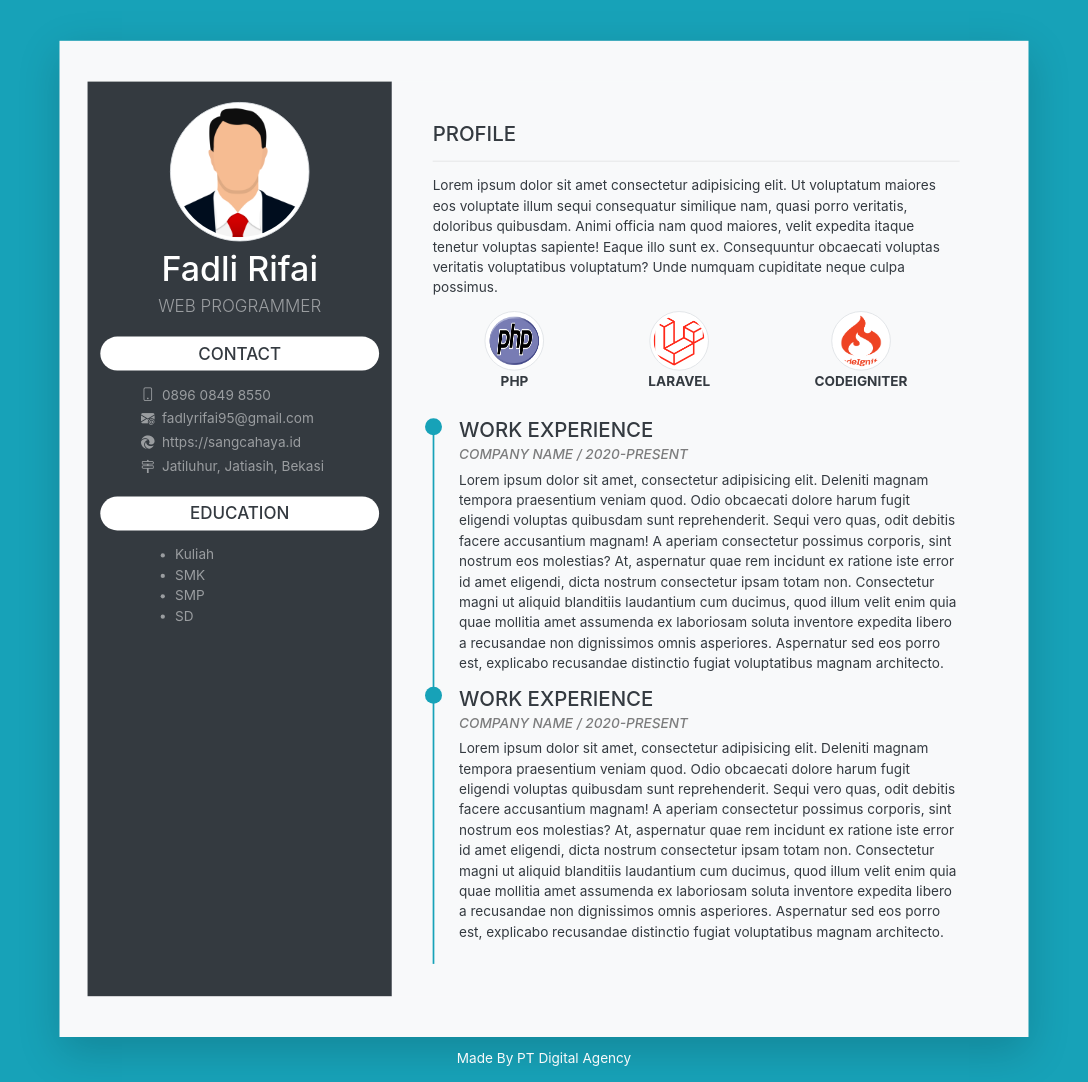
Repository: fadlyyy/fadlyyy.github.io
Page: index.html
The author's editor kept a copy of each file at every save. The page is drawn from the files as they stood at one save, then again after the next save.
The browser window is 1280 px wide. The pictures show the whole page, at 85% of full size.

Above is the page before, as saved 2024-01-31 09:09:37.

### index.html
<!DOCTYPE html>
<html lang="en">

<head>
     <!-- Required meta tags -->
     <meta charset="utf-8" />
     <meta name="viewport" content="width=device-width, initial-scale=1, shrink-to-fit=no" />

     <!-- Bootstrap CSS -->
     <link rel="stylesheet" href="https://cdn.jsdelivr.net/npm/bootstrap@4.6.2/dist/css/bootstrap.min.css"
          integrity="sha384-xOolHFLEh07PJGoPkLv1IbcEPTNtaed2xpHsD9ESMhqIYd0nLMwNLD69Npy4HI+N" crossorigin="anonymous" />

     <!-- Icon -->
     <link rel="stylesheet" href="https://cdn.jsdelivr.net/npm/bootstrap-icons@1.11.3/font/bootstrap-icons.min.css" />

     <link rel="stylesheet" href="style.css" />

     <title>Hello, world!</title>
</head>

<body class="bg-info">
     <div class="container p-5 bg-light mt-5 mb-5 shadow shadow-lg">
          <div class="row">
               <div class="col-lg-4 bg-dark text-white text-center py-4">
                    <div class="header-left">
                         <div class="kotak-image"></div>
                         <img src="img/profile.png" alt="" class="img-thumbnail rounded-circle mb-2 w-50 h-50" />
                         <h1 class="display-5">Fadli Rifai</h1>
                         <h4 class="lead text-uppercase text-white-50 mb-4">Web Programmer</h4>
                    </div>

                    <!-- general info -->
                    <div class="general-info">
                         <h5 class="text-uppercase bg-white text-dark py-2 rounded-pill">contact</h5>

                         <ul class="list-unstyled text-white-50 py-2 text-left ml-5">
                              <li class="list-item mb-1">
                                   <p>
                                        <i class="bi bi-phone mr-1"></i> 0896 0849 8550
                                   </p>
                              </li>
                              <li class="list-item mb-1 text-wrap w-75">
                                   <p>
                                        <i class="bi bi-envelope-at-fill mr-1"></i> fadlyrifai95@gmail.com
                                   </p>
                              </li>
                              <li class="list-item mb-1">
                                   <p>
                                        <i class="bi bi-browser-edge mr-1"></i> https://sangcahaya.id
                                   </p>
                              </li>
                              <li class="list-item">
                                   <i class="bi bi-signpost-2 mr-1"></i>
                                   Jatiluhur, Jatiasih, Bekasi
                              </li>
                         </ul>
                    </div>

                    <!-- educations -->
                    <div>
                         <h5 class="text-uppercase bg-white text-dark py-2 rounded-pill">education</h5>
                         <ul class="list text-white-50 ml-5 py-2 text-left text-capitalize">
                              <li class="list-item">Kuliah</li>
                              <li class="list-item">SMK</li>
                              <li class="list-item">SMP</li>
                              <li class="list-item">SD</li>
                         </ul>
                    </div>
               </div>

               <div class="col-lg-8 bg-light text-dark py-5 px-5 right-side">
                    <div class="header-right">
                         <h4 class="text-uppercase">Profile</h4>
                         <hr />
                         <p>
                              Lorem ipsum dolor sit amet consectetur adipisicing elit. Ut voluptatum maiores eos
                              voluptate illum sequi consequatur similique nam, quasi porro veritatis, doloribus
                              quibusdam. Animi officia nam quod maiores, velit expedita
                              itaque tenetur voluptas sapiente! Eaque illo sunt ex. Consequuntur obcaecati voluptas
                              veritatis voluptatibus voluptatum? Unde numquam cupiditate neque culpa possimus.
                         </p>
                    </div>

                    <div class="skills mb-3 mt-3 d-flex flex-wrap justify-content-around">
                         <div class="list-skills text-center">
                              <img src="img/skills/php.png" alt="PHP" class="img-responsive img-fluid img-thumbnail rounded-circle">
                              <p class="text-uppercase">PHP</p>
                         </div>
                         <div class="list-skills text-center">
                              <img src="img/skills/laravel.png" alt="laravel" class="img-responsive img-fluid img-thumbnail rounded-circle">
                              <p class="text-uppercase">laravel</p>
                         </div>
                         <div class="list-skills text-center">
                              <img src="img/skills/codeigniter.png" alt="codeigniter" class="img-responsive img-fluid img-thumbnail rounded-circle">
                              <p class="text-uppercase">codeigniter</p>
                         </div>
                    </div>

                    <div class="work-experience">
                         <div class="list-work pb-3 pl-3">
                              <h4 class="text-uppercase">work experience</h4>
                              <h6 class="text-uppercase text-black-50 font-italic mt-1 mb-2">company name / 2020-present</h6>
                              <p>Lorem ipsum dolor sit amet, consectetur adipisicing elit. Deleniti magnam tempora
                                   praesentium veniam quod. Odio obcaecati dolore harum fugit eligendi voluptas
                                   quibusdam sunt reprehenderit. Sequi vero quas, odit debitis facere accusantium
                                   magnam! A aperiam consectetur possimus corporis, sint nostrum eos molestias? At,
                                   aspernatur quae rem incidunt ex ratione iste error id amet eligendi, dicta nostrum
                                   consectetur ipsam totam non. Consectetur magni ut aliquid blanditiis laudantium cum
                                   ducimus, quod illum velit enim quia quae mollitia amet assumenda ex laboriosam soluta
                                   inventore expedita libero a recusandae non dignissimos omnis asperiores. Aspernatur
                                   sed eos porro est, explicabo recusandae distinctio fugiat voluptatibus magnam
                                   architecto.</p>
                         </div>
                         <div class="list-work pb-3 pl-3">
                              <h4 class="text-uppercase">work experience</h4>
                              <h6 class="text-uppercase text-black-50 font-italic mt-1 mb-2">company name / 2020-present</h6>
                              <p>Lorem ipsum dolor sit amet, consectetur adipisicing elit. Deleniti magnam tempora
                                   praesentium veniam quod. Odio obcaecati dolore harum fugit eligendi voluptas
                                   quibusdam sunt reprehenderit. Sequi vero quas, odit debitis facere accusantium
                                   magnam! A aperiam consectetur possimus corporis, sint nostrum eos molestias? At,
                                   aspernatur quae rem incidunt ex ratione iste error id amet eligendi, dicta nostrum
                                   consectetur ipsam totam non. Consectetur magni ut aliquid blanditiis laudantium cum
                                   ducimus, quod illum velit enim quia quae mollitia amet assumenda ex laboriosam soluta
                                   inventore expedita libero a recusandae non dignissimos omnis asperiores. Aspernatur
                                   sed eos porro est, explicabo recusandae distinctio fugiat voluptatibus magnam
                                   architecto.</p>
                         </div>
                    </div>
               </div>
          </div>
     </div>
     <!-- Optional JavaScript; choose one of the two! -->

     <!-- footer -->
     <div class="footer">
          <p class="text-light text-center text-capitalize" style="margin-top: -35px;">made by PT Digital Agency</p>
     </div>

     <!-- Option 1: jQuery and Bootstrap Bundle (includes Popper) -->
     <script src="https://cdn.jsdelivr.net/npm/jquery@3.5.1/dist/jquery.slim.min.js"
          integrity="sha384-DfXdz2htPH0lsSSs5nCTpuj/zy4C+OGpamoFVy38MVBnE+IbbVYUew+OrCXaRkfj"
          crossorigin="anonymous"></script>
     <script src="https://cdn.jsdelivr.net/npm/bootstrap@4.6.2/dist/js/bootstrap.bundle.min.js"
          integrity="sha384-Fy6S3B9q64WdZWQUiU+q4/2Lc9npb8tCaSX9FK7E8HnRr0Jz8D6OP9dO5Vg3Q9ct"
          crossorigin="anonymous"></script>

     <!-- Option 2: Separate Popper and Bootstrap JS -->
     <!--
    <script src="https://cdn.jsdelivr.net/npm/jquery@3.5.1/dist/jquery.slim.min.js" integrity="sha384-DfXdz2htPH0lsSSs5nCTpuj/zy4C+OGpamoFVy38MVBnE+IbbVYUew+OrCXaRkfj" crossorigin="anonymous"></script>
    <script src="https://cdn.jsdelivr.net/npm/popper.js@1.16.1/dist/umd/popper.min.js" integrity="sha384-9/reFTGAW83EW2RDu2S0VKaIzap3H66lZH81PoYlFhbGU+6BZp6G7niu735Sk7lN" crossorigin="anonymous"></script>
    <script src="https://cdn.jsdelivr.net/npm/bootstrap@4.6.2/dist/js/bootstrap.min.js" integrity="sha384-+sLIOodYLS7CIrQpBjl+C7nPvqq+FbNUBDunl/OZv93DB7Ln/533i8e/mZXLi/P+" crossorigin="anonymous"></script>
    -->
</body>

</html>

### style.css
.general-info ul li p {
    margin: 0;
}

.skills .list-skills img {
    width: 70px;
    height: 70px;
}

.skills .list-skills p {
    font-weight: bold;
}

.work-experience .list-work {
    position: relative;
    z-index: 1;
}

.work-experience .list-work h4,
.work-experience .list-work h6,
.work-experience .list-work p {
    margin: 0;
    padding: 0;
}

.work-experience .list-work h4,
.work-experience .list-work h6,
.work-experience .list-work p {
    margin-left: 15px;
}

.work-experience .list-work::before {
    content: '';
    display: block;
    position: absolute;
    width: 2px;
    top: 5px;
    bottom: -10px;
    left: 0;
    background-color: #17a2b8;
    z-index: 3;
}

.work-experience .list-work::after {
    content: '';
    display: block;
    position: absolute;
    width: 20px;
    height: 20px;
    top: 0;
    left: 0;
    background-color: #17a2b8;
    z-index: 4;
    border-radius: 50%;
    transform: translateX(-45%);
}

/* Media Query */
/* Extra Large */
@media (max-width: 1200px) {}

/* Laptop */
@media (max-width: 992px) {}

/* Tablet */
@media (max-width: 768px) {}

/* Mobile */
@media (max-width: 576px) {
    .right-side {
        padding-left: 0 !important;
        padding-right: 0 !important;
    }
}

After the next save:
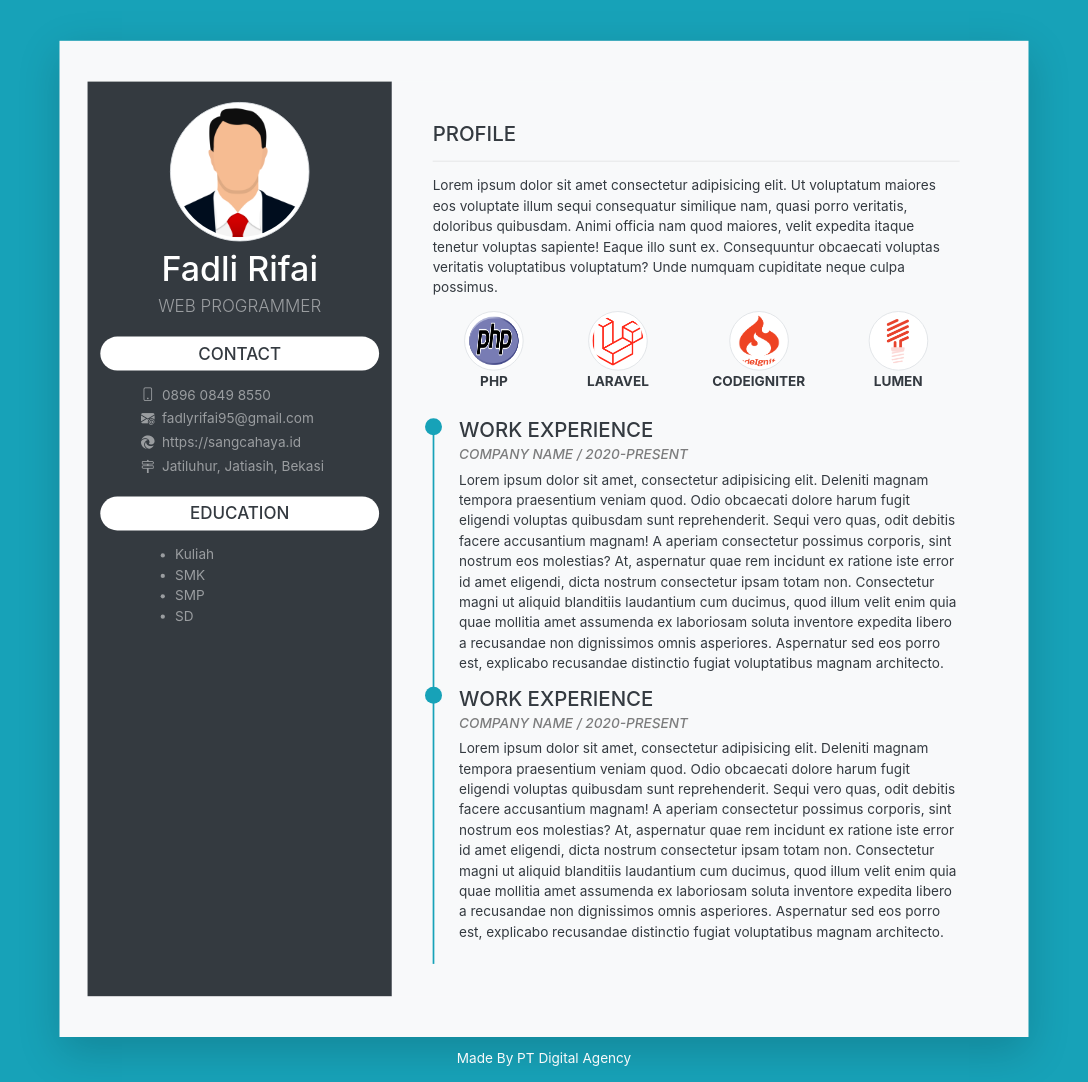
Saved 21 s later.
--- a/index.html
+++ b/index.html
@@ -94,6 +94,10 @@
                               <img src="img/skills/codeigniter.png" alt="codeigniter" class="img-responsive img-fluid img-thumbnail rounded-circle">
                               <p class="text-uppercase">codeigniter</p>
                          </div>
+                         <div class="list-skills text-center">
+                              <img src="img/skills/lumen.png" alt="lumen" class="img-responsive img-fluid img-thumbnail rounded-circle">
+                              <p class="text-uppercase">lumen</p>
+                         </div>
                     </div>
 
                     <div class="work-experience">
